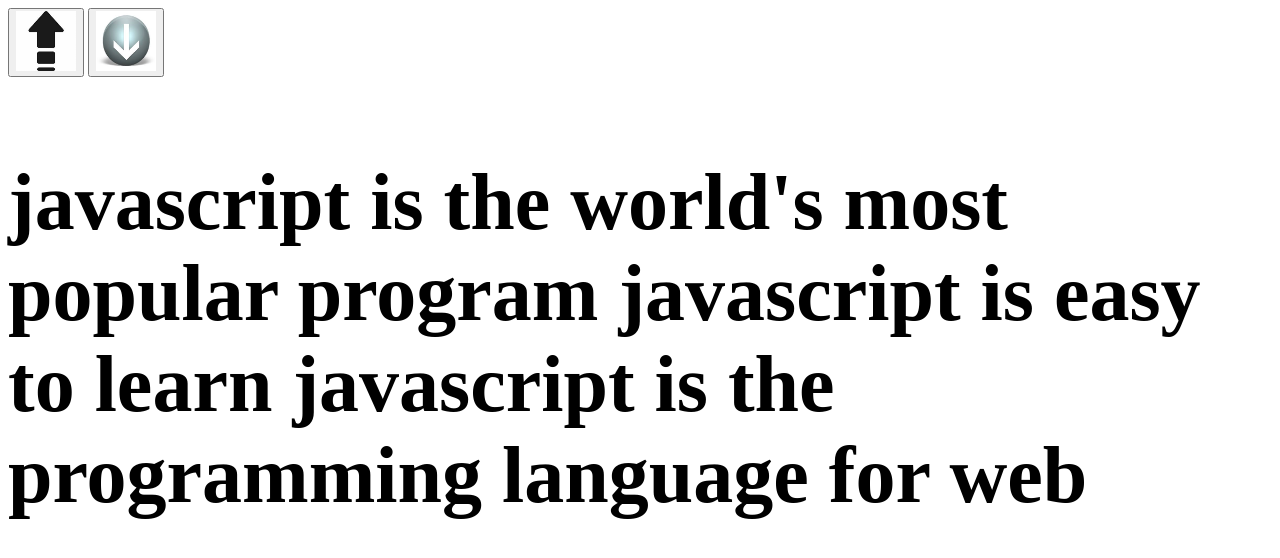
Repository: Balamurugan1914/crud_operation_without_db
Page: Java_Script_Example/src/main/webapp/domparsing.html
These files come from the project's save history. The page is drawn as it stood at one moment and after the next save; the edit follows.
The browser window is 1280 px wide. The pictures show the whole page.
After loading, the first visible `#incbtn` was clicked once.

Above is the page before, as saved 2022-06-28 12:34:23.

### Java_Script_Example/src/main/webapp/domparsing.html
<!DOCTYPE html>
<html>
<head>
<meta charset="UTF-8">
<title>Insert title here</title>
<style type="text/css">

.dom{

width: 60px;
height: 60px;
}

.fontsizeup{

font-size: 2.5em;


}

</style>
</head>
<body>

<button id="incbtn" onclick="addClickEvent()"><img alt="increase font size" src="images/index1.jpeg" id="increment" class="dom" ></button>
<button id="decbtn" onclick=""><img alt="decrease font size" src="images/images1.jpeg" id="decrement" class="dom"></button>

<h1>
<p id="para1"> javascript is the world's most popular program

javascript is easy to learn

javascript is the programming language for web</p>


</h1>

<script type="text/javascript" src="Script/dom.js"></script>

</body>
</html>

### Java_Script_Example/src/main/webapp/Script/dom.js
/**
 *
 */


function intfontsize(){


	var par = document.getElementById("para1");

	par.setAttribute('class','fontsizeup')

}

function addClickEvent(){

	var incButton = document.getElementById("incbtn");

	incButton.addEventListener('click', intfontsize);

	/*var img = document.getElementById("increment");

	img.addEventListener('click', intfontsize);*/


}

(function(){

	addClickEvent();


})();

After the next save:
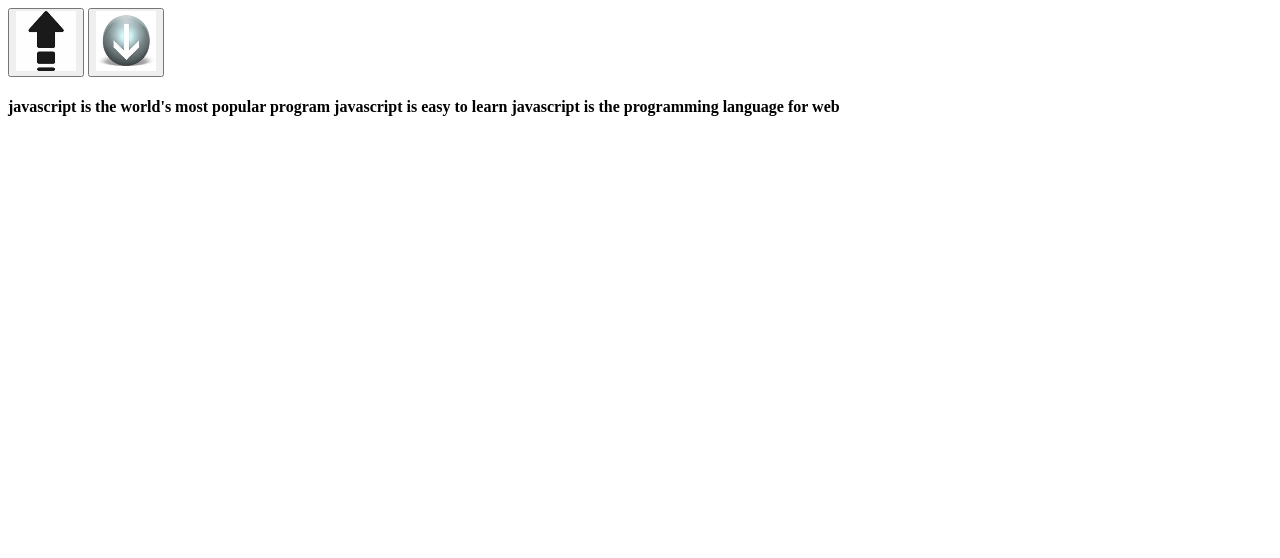
Saved 14 s later.
--- a/Java_Script_Example/src/main/webapp/domparsing.html
+++ b/Java_Script_Example/src/main/webapp/domparsing.html
@@ -13,7 +13,7 @@ height: 60px;
 
 .fontsizeup{
 
-font-size: 2.5em;
+font-size: 0.5em;
 
 
 }

After the 3 saves that followed:
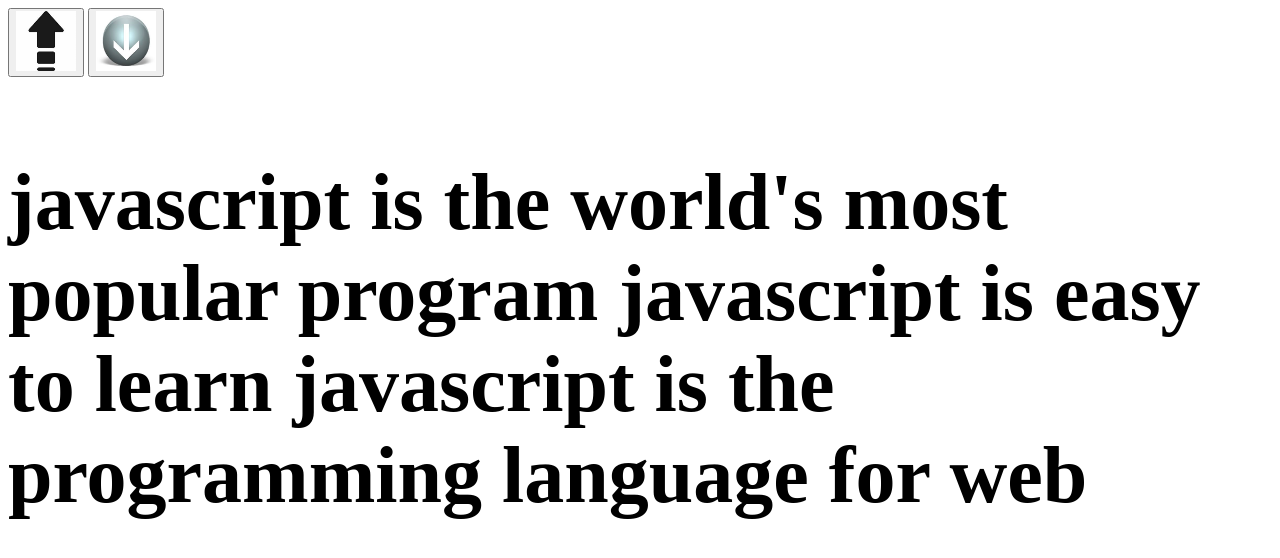
The 3 saves are shown as one change because 2 left the picture as it was.
The last was saved 2 min 26 s later.
--- a/Java_Script_Example/src/main/webapp/domparsing.html
+++ b/Java_Script_Example/src/main/webapp/domparsing.html
@@ -17,7 +17,12 @@ font-size: 2.5em;
 
 
 }
+.fontsizeup1{
 
+font-size: 2.5em;
+
+
+}
 </style>
 </head>
 <body>
--- a/Java_Script_Example/src/main/webapp/Script/dom.js
+++ b/Java_Script_Example/src/main/webapp/Script/dom.js
@@ -11,6 +11,14 @@ function intfontsize(){
 	par.setAttribute('class','fontsizeup')
 
 }
+function intfontsize1(){
+
+
+	var par = document.getElementById("para1");
+
+	par.setAttribute('class','fontsizeup1')
+
+}
 
 function addClickEvent(){
 
@@ -18,10 +26,9 @@ function addClickEvent(){
 
 	incButton.addEventListener('click', intfontsize);
 
-	/*var img = document.getElementById("increment");
+	var incButton = document.getElementById("incbtn");
 
-	img.addEventListener('click', intfontsize);*/
-
+	incButton.addEventListener('click', intfontsize1);
 
 }
 
